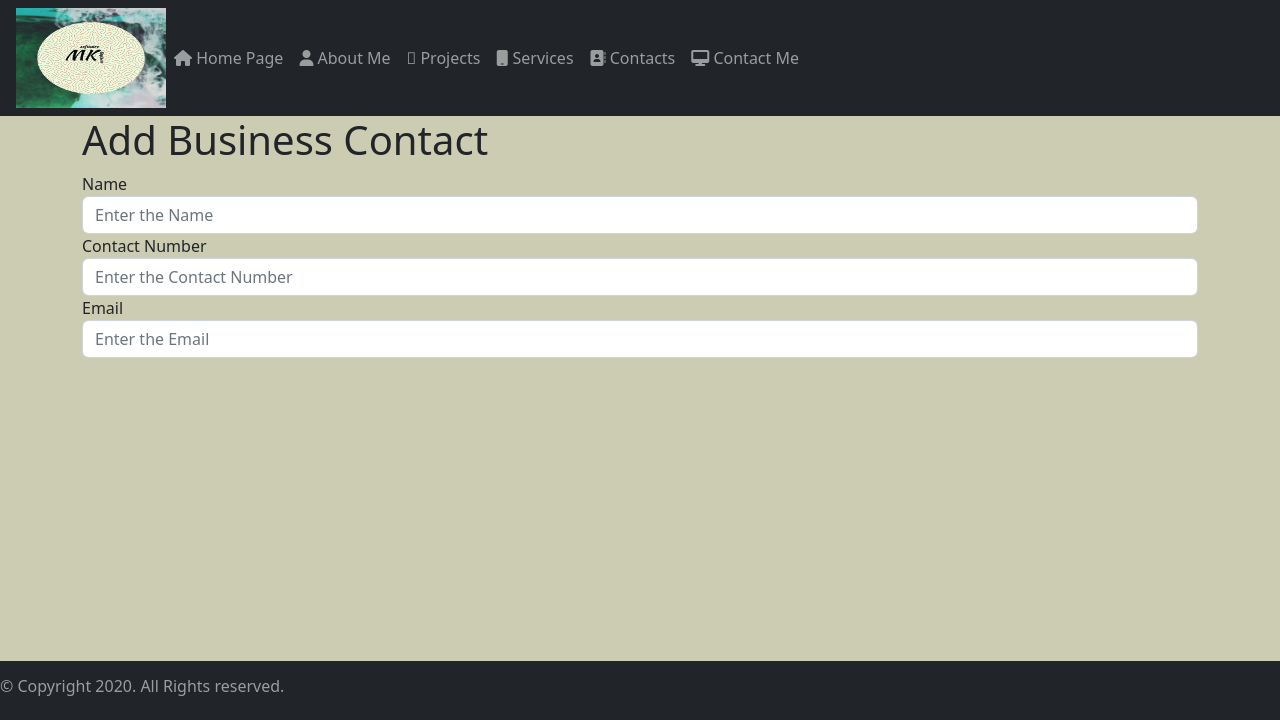
Repository: Mandeep180/Lab03_1
Page: http://localhost/infor/add
An editor plug-in stored every save of this project. The page is shown before and after the next save, followed by the edit.
The browser window is 1280 px wide. The pictures show the whole page.
The page is served by the project's Node server (server.js). Other server files are loaded and not shown.

Above is the page before, as saved 2022-10-22 21:40:23.

### server/views/infor/add.ejs
<%- include ../partials/header.ejs %>
<%- include ../partials/main_nav.ejs %>

<!-- Main content for the add page -->

<div class="container">
    <div class="row">
        <div class = "offset-md-3 col-md-6"></div>
        <h1><%= title%></h1>
        <form class="form" method="POST">
            <div class="form-group">
                <label for="nameTextFeild">Name</label>
                <input type="text" class="form-control"
                id="nameTextFeild"
                placeholder="Enter the Name"
                name="name" required>
            </div>

            <div class="form-group">
                <label for="contactNumberTextFeild">Contact Number</label>
                <input type="text" class="form-control"
                id="contactNumberTextFeild"
                placeholder="Enter the Contact Number "
                name="contactNumber" required>

            </div>
            <div class="form-group">
                <label for="EmailTextFeild">Email</label>
                <input type="text" class="form-control"
                id="emailTextFeild"
                placeholder="Enter the Email "
                name="contactNumber" required>

            </div>
        </form>


    </div>
</div>

<%- include ../partials/bottom_nav.ejs %>
<%- include ../partials/footer.ejs %>

### server/views/partials/header.ejs
<!DOCTYPE html>
<html lang="en">
  <head>
    <meta charset="utf-8">
    <meta name="viewport" content="width=device-width, initial-scale=1.0">
    <title><%= title %></title>
    <!-- CSS section-->


    <link rel="stylesheet" href="/bootstrap/dist/css/bootstrap.min.css">
    <link rel="stylesheet" href="/@fortawesome/fontawesome-free/css/all.min.css">
    <link rel="stylesheet" href="/Content/app.css">
  </head>
  <body>

### server/views/partials/main_nav.ejs
<body>
    <!--main nav-->
    <nav class="navbar navbar-expand-lg navbar-dark bg-dark">
     <a class="navbar-brand" href="/"></a>
     <a><img src="Assets/images/Logo.jpg" alt = "logo" width="150" height="100" style="float:left">
      <button class="navbar-toggler" type="button" data-toggle="collapse" data-target="#navbarSupportContent" aria-controls="navbarSupportedContent" aria-expanded="false">
        <span class="navbar-toggler-icon"></span>
      </button>

      <style>
        body{

          background:#ccccb2;
        }
      </style>


      <div class="collapse navbar-collapse" id="navbarSupportedContent">
        <ul class="navbar-nav mr-auto">
          <% if(title == "Home") {%>
            <li class="nav-item active">
            <% } else {%>
              <li class="nav-item">
              <% } %>

            <a class="nav-link" href="/home"> <i class="fa-solid fa-house"></i> Home Page</a>
          </li>

          <% if(title == "About") {%>
            <li class="nav-item active">
            <% } else {%>
              <li class="nav-item">
              <% } %>
            <a class="nav-link" href="/about"> <i class="fa-solid fa-user"></i> About Me</a>

          </li>

          <% if(title == "Projects") {%>
            <li class="nav-item active">
            <% } else {%>
              <li class="nav-item">
              <% } %>
            <a class="nav-link" href="/projects"> <i class="fa-duotone fa-diagram-project"></i> Projects</a>
          </li>


          <% if(title == "Services") {%>
            <li class="nav-item active">
            <% } else {%>
              <li class="nav-item">
              <% } %>
            <a class="nav-link" href="/services"> <i class="fa-solid fa-mobile"></i> Services</a>

          </li>
          <% if(title == "Contacts") {%>
            <li class="nav-item active">
            <% } else {%>
              <li class="nav-item">
              <% } %>
            <a class="nav-link" href="/infor"><i class="fa-solid fa-address-book"></i> Contacts</a>

          </li>

          <% if(title == "Contact Me") {%>
            <li class="nav-item active">
            <% } else {%>
              <li class="nav-item">
              <% } %>
            <a class="nav-link" href="/contact"> <i class="fa-solid fa-desktop"></i> Contact Me</a>

          </li>
        </ul>
      </div>


    </nav>

### server/views/partials/bottom_nav.ejs
<!--Bottom Nav-->
<footer>
    <nav class="navbar fixed-bottom navbar-dark bg-dark">
      <h6 class="display-20 navbar-text">&copy; Copyright 2020. All Rights reserved.</h6>
    </nav>
  </footer>

### server/views/partials/footer.ejs
<!--Script Section-->
<script src="/jquery/dist/jquery.min.js"></script>
<script src="/bootstrap/dist/css/bootstrap.min.js"></script>
<script src ="/Scripts/app.js"></script>
</body>
</html>

### server.js
#!/usr/bin/env node
/*Mandeep Kaur 301225713*/
/**
 * Module dependencies.
 */

var app = require('./server/config/app');
var debug = require('debug')('lab03-1:server');
var http = require('http');

/**
 * Get port from environment and store in Express.
 */

var port = normalizePort(process.env.PORT || '3000');
app.set('port', port);

/**
 * Create HTTP server.
 */

var server = http.createServer(app);

/**
 * Listen on provided port, on all network interfaces.
 */

server.listen(port);
server.on('error', onError);
server.on('listening', onListening);

/**
 * Normalize a port into a number, string, or false.
 */

function normalizePort(val) {
  var port = parseInt(val, 10);

  if (isNaN(port)) {
    // named pipe
    return val;
  }

  if (port >= 0) {
    // port number
    return port;
  }

  return false;
}

/**
 * Event listener for HTTP server "error" event.
 */

function onError(error) {
  if (error.syscall !== 'listen') {
    throw error;
  }

  var bind = typeof port === 'string'
    ? 'Pipe ' + port
    : 'Port ' + port;

  // handle specific listen errors with friendly messages
  switch (error.code) {
    case 'EACCES':
      console.error(bind + ' requires elevated privileges');
      process.exit(1);
      break;
    case 'EADDRINUSE':
      console.error(bind + ' is already in use');
      process.exit(1);
      break;
    default:
      throw error;
  }
}

/**
 * Event listener for HTTP server "listening" event.
 */

function onListening() {
  var addr = server.address();
  var bind = typeof addr === 'string'
    ? 'pipe ' + addr
    : 'port ' + addr.port;
  debug('Listening on ' + bind);
}

### server/routes/infor.js
let express = require('express');
let router = express.Router();
let mongoose = require('mongoose');

//connect to info model
let Infor = require('../models/infor');

// get route for info list page - read operation

router.get('/',(req,res,next)=>{
    Infor.find((err,InforList)=>{
        if(err){
            return console.error(err);
        }
        else
        {
            //console.log(InforList);
            res.render('infor/list',{title:"Business Contact List",InforList:InforList });
        }
    });
});

// get route for displaying info add page - create operation
router.get('/add',(req,res,next)=>{
    res.render('infor/add',{title:"Add Business Contact"});
});
// post route for processing info add page - create operation
router.post('/add',(req,res,next)=>{
  let newInfor  = Infor({
    "name":req.body.name,
    "contactNumber": req.body.contactNumber,
    "email": req.body.email


  });
  Infor.create(newInfor,(err,Infor)=>{
    if(err){
        console.log(err);
        res.end(err);
    }
    else
    {
        res.redirect("/infor");
    }
  });
});
// get route for displaying info edit page - create operation
router.get('/edit/:id',(req,res,next)=>{
  let is = req.params.id;
  Book.findById(id,(err, inforToEdit)=>{
    if(err){
        console.log(err);
        res.end(err);
    }else{
        //show edit view
        res.render('infor/edit',{title: 'Edit Business Contact List ', infor: inforToEdit})
    }
  });
});
// post route for displaying info edit page - create operation
router.post('/edit/:id',(req,res,next)=>{
  let id= req.params.id
  let updatedinfor = Infor({
    "name":req.body.name,
    "contactNumber": req.body.contactNumber,
    "email": req.body.email
  });
  Infor.updateOne({id:id}, updatedinfor,(err)=>{
    if(err){
        console.log(err);
        res.end(err);
    }
    else{
        res.redirect('/infor');
    }
  })
});
// get to perform deletion - delete operation
router.get('/delete/:id',(req,res,next)=>{
  let id= req.params.id;
   if(err){
    console.log(err);
    res.end(err);
   }
   else{
    res.redirect('/infor')
   }

});
module.exports = router;

### public/Scripts/app.js
// IIFe- Immediately Invoked function Expression
/*Mandeep Kaur 301225713*/
(function(){
    function start(){
        console.log("App started...")
    }
    window.addEventListener("load", start);

})

### public/Content/stylesheets/app.css
/*custom css goes here */

After the next save:
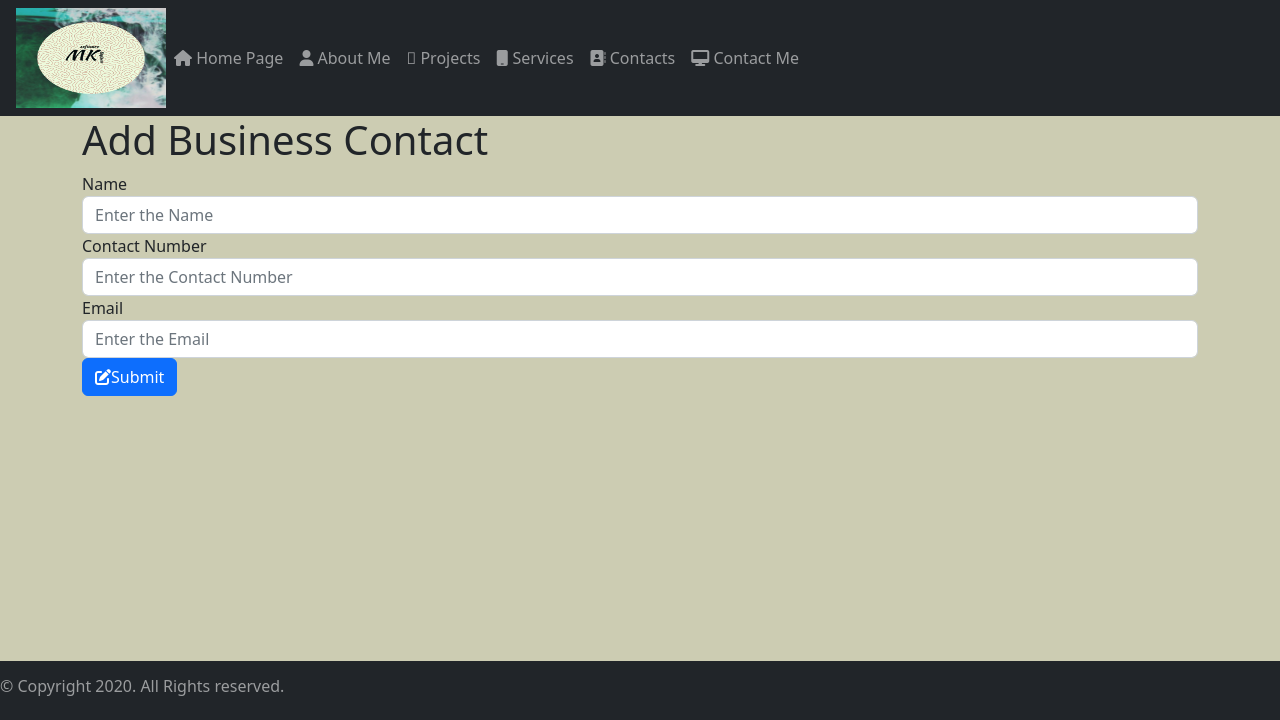
Saved 8 min 15 s later.
--- a/server/views/infor/add.ejs
+++ b/server/views/infor/add.ejs
@@ -32,6 +32,10 @@
                 name="contactNumber" required>
 
             </div>
+
+            <button class="btn btn-primary" type="submit">
+                <i class="fas fa-edit"></i>Submit
+            </button>
         </form>
 
 
